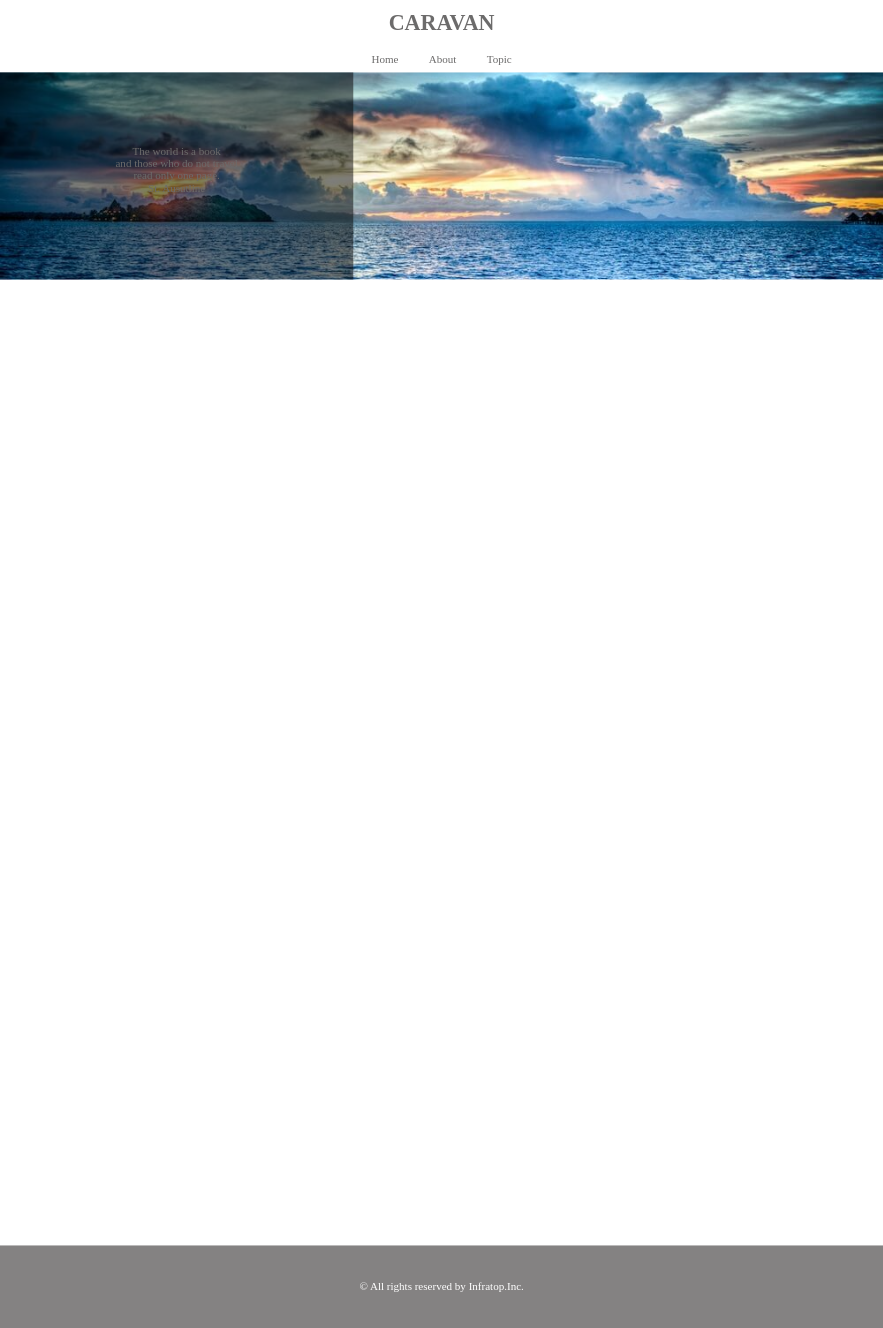
Repository: 44641/chapter9_exercise
Page: caravan/index.html
The author's editor kept a record of every edit. The page is drawn from the files as they stood at one moment, then again after the next edit.
The browser window is 1280 px wide. The pictures show the whole page, at 69% of full size.

Above is the page before.

After the next edit:
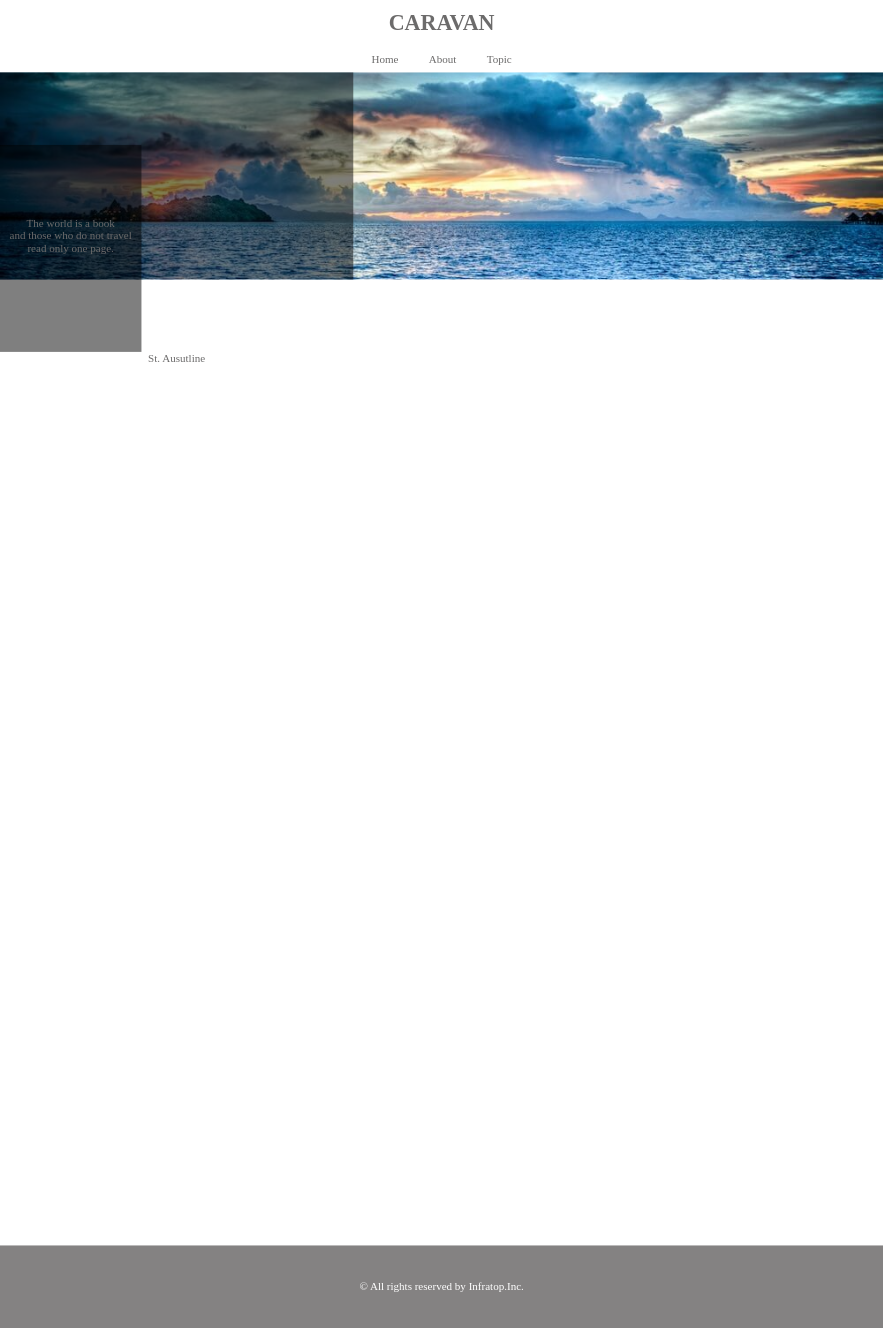
The edit:
--- a/caravan/style.css
+++ b/caravan/style.css
@@ -50,7 +50,7 @@
   padding-top: 105px;
 }
 
-.main-visual-content {
+.main-visual-text {
   width: 40%;
   height: 300px;
   background-color: rgba(0, 0, 0, 0.5);

After the edit that followed:
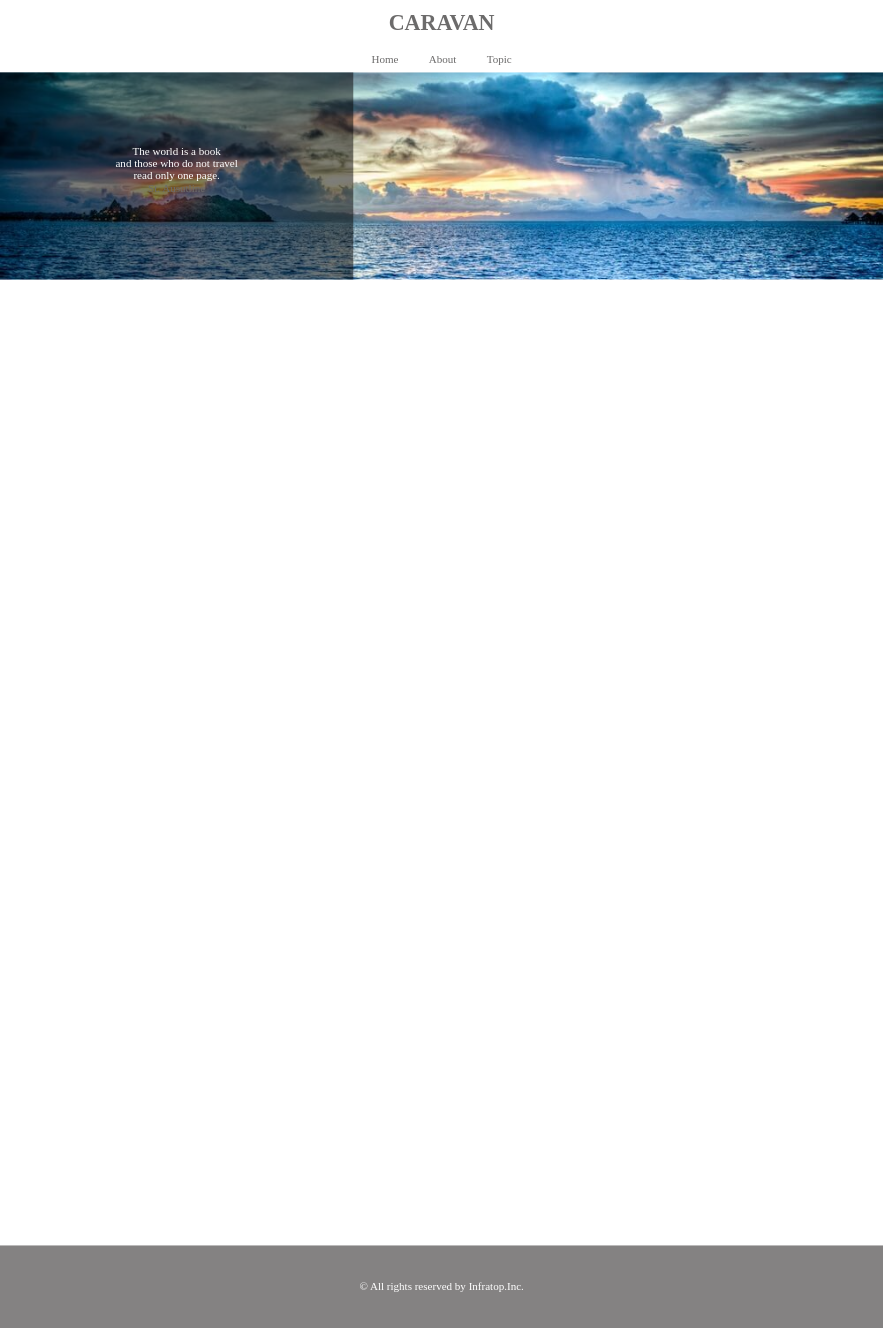
The edit:
--- a/caravan/style.css
+++ b/caravan/style.css
@@ -51,11 +51,7 @@
 }
 
 .main-visual-text {
-  width: 40%;
-  height: 300px;
-  background-color: rgba(0, 0, 0, 0.5);
-  text-align: center;
-  padding-top: 105px;
+  color:  #fff;
 }
 
 .main-visual-content {
